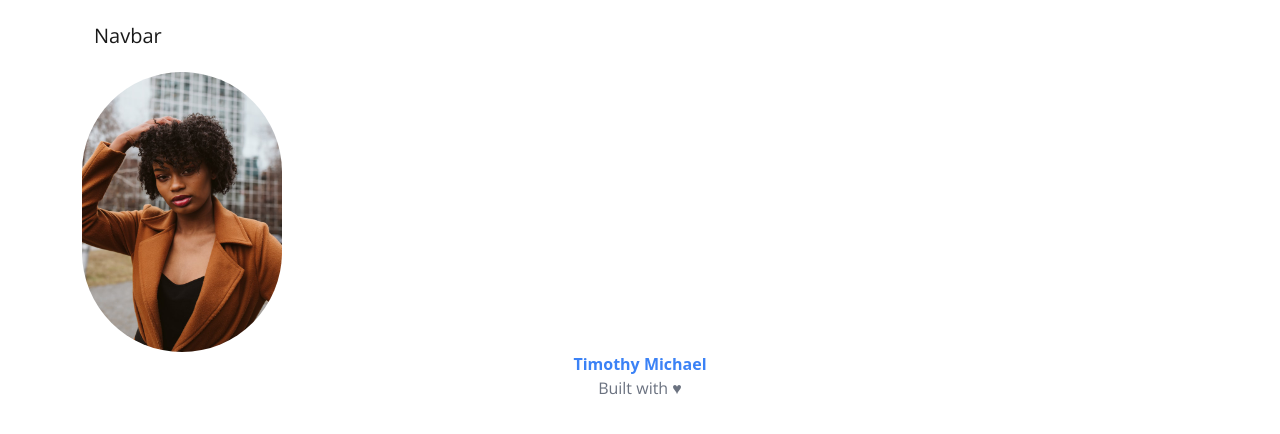
Repository: latenightsnacc/giggles
Page: HTML/CV.html
These files come from the project's save history. The page is drawn as it stood at one moment and after the next save; the edit follows.
The browser window is 1280 px wide. The pictures show the whole page.
Some web libraries are served in a nearby version.

Above is the page before, as saved 2021-01-04 14:57:06.

### HTML/CV.html
<!DOCTYPE html>
<html lang="en">
<head>
    <meta charset="UTF-8">
    <meta name="viewport" content="width=device-width, initial-scale=1.0">
    <link href="https://cdnjs.cloudflare.com/ajax/libs/tailwindcss/2.0.2/tailwind.min.css" rel="stylesheet">
    <link rel="stylesheet" href="https://stackpath.bootstrapcdn.com/font-awesome/4.7.0/css/font-awesome.min.css" />
    <link href="https://cdn.jsdelivr.net/npm/bootstrap@5.0.0-beta1/dist/css/bootstrap.min.css" rel="stylesheet" integrity="sha384-giJF6kkoqNQ00vy+HMDP7azOuL0xtbfIcaT9wjKHr8RbDVddVHyTfAAsrekwKmP1" crossorigin="anonymous">
    <link rel="stylesheet" href="stylesheet.css">
    <title>CV Page</title>
</head>
<body class="overflow-x-hidden">
    <!--Navigation-->
    <header class="container">
        <nav class="navbar navbar-expand-lg navbar-light bg-white py-3">
            <div class="container-fluid">
              <a class="navbar-brand" href="search.html">Navbar</a>
              <button class="navbar-toggler" type="button" data-bs-toggle="collapse" data-bs-target="#navbarNavDropdown" aria-controls="navbarNavDropdown" aria-expanded="false" aria-label="Toggle navigation">
                <span class="navbar-toggler-icon"></span>
              </button>
              <div class="collapse navbar-collapse" id="navbarNavDropdown">

              </div>
            </div>
        </nav>
    </header>
    <main>
        <!--CV Profile-->
        <div class="container">
            <div class="row">
                <div class="col-xs-12 col-sm-12 col-md-3 col-lg-3 col-xl-3">
                    <div >
                        <img class="rounded-full" src="assets/userDp.jpg" style="max-width: 200px;" alt="profile picture">
                    </div>
                </div>
                <div class="col-xs-12 col-sm-12 col-md-9 col-lg-9 col-xl-9"></div>
            </div>
        </div>
    </main>
    <footer class="text-center text-l text-blue-500 font-semibold">
        Timothy Michael
        <p class="text-gray-500">Built with &hearts;</p>
    </footer>

    <script src="https://cdn.jsdelivr.net/npm/bootstrap@5.0.0-beta1/dist/js/bootstrap.bundle.min.js" integrity="sha384-ygbV9kiqUc6oa4msXn9868pTtWMgiQaeYH7/t7LECLbyPA2x65Kgf80OJFdroafW" crossorigin="anonymous"></script>

</body>
</html>

### HTML/stylesheet.css
@import url('https://fonts.googleapis.com/css2?family=Montserrat:wght@400;700&family=Open+Sans:wght@300;400&display=swap');

h1, h2, h3, h4, h5, h6 {
    font-family: 'Montserrat', sans-serif;
}
.user-info h1 {
    line-height: 60px;
    font-size: 50px;
    font-weight: 700;
    margin-top: 20px;
}
.user-info h2 {
    line-height: 27px;
    font-size: 18px;
    font-weight: 400;
    margin-top: 15px;
}
.user-info span {
    line-height: 36px;
    font-size: 30px;
    font-weight: 600;
}
.user-info p {
    margin: 5px 0;
}
.user-info button {
    margin-top: 10px;
}
p, div, a, button {
    font-family: 'Open Sans', sans-serif;
    font-weight: 300;
}

.work-experience .row:hover .text {
    border:2px solid  #3b82f6;

}
.work-experience .row:hover .flex .no {
    border:1px solid #3b82f6;

}
.nav-link {
    color: #3b82f6 !important;
}
.nav-item .active{
    font-weight: 600;
}

After the next save:
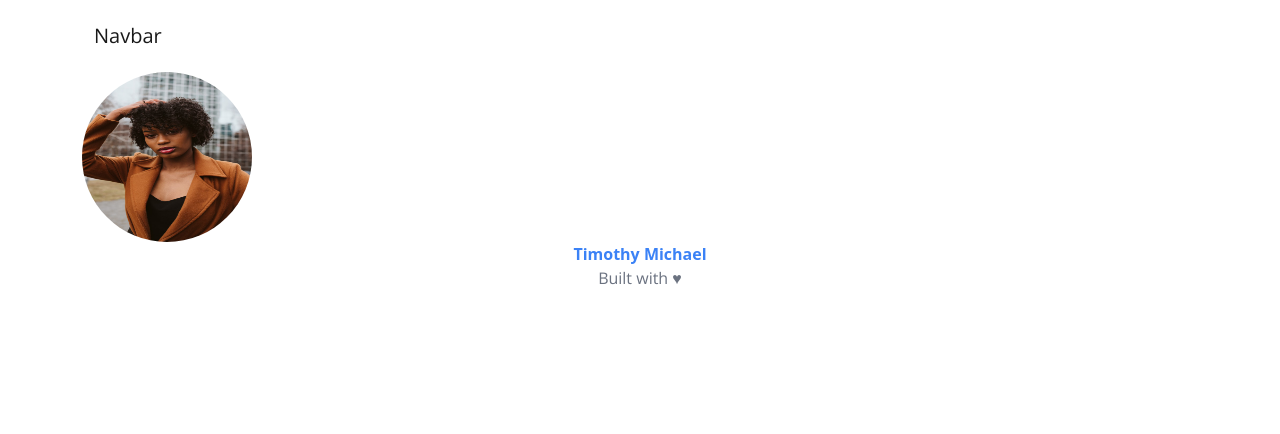
Saved 24 s later.
--- a/HTML/CV.html
+++ b/HTML/CV.html
@@ -30,7 +30,7 @@
             <div class="row">
                 <div class="col-xs-12 col-sm-12 col-md-3 col-lg-3 col-xl-3">
                     <div >
-                        <img class="rounded-full" src="assets/userDp.jpg" style="max-width: 200px;" alt="profile picture">
+                        <img class="rounded-full" src="assets/userDp.jpg" style="width: 170px;height: 170px;" alt="profile picture">
                     </div>
                 </div>
                 <div class="col-xs-12 col-sm-12 col-md-9 col-lg-9 col-xl-9"></div>
